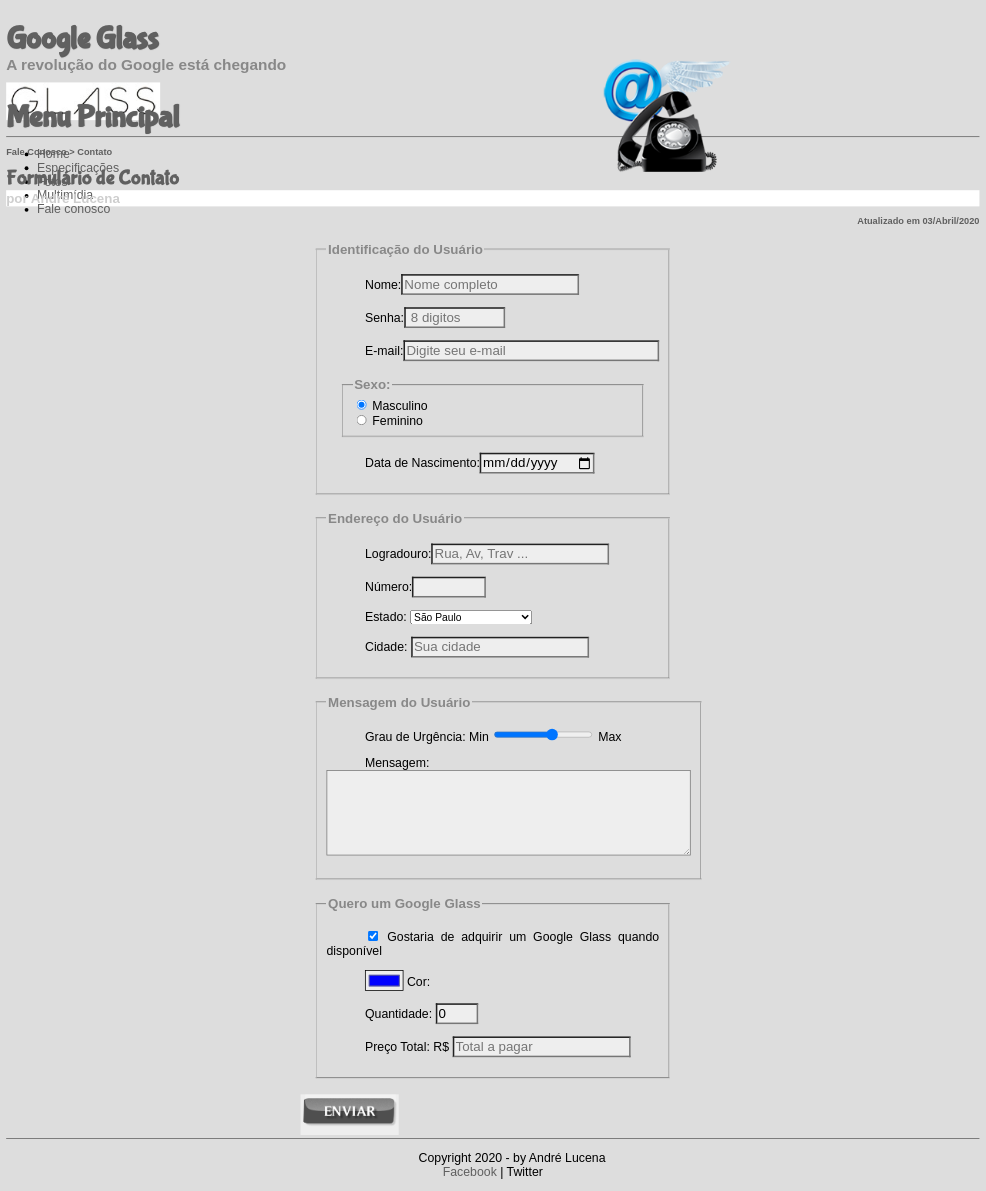
Repository: andre-lucena/Segundo-projeto
Page: Fale-conosco.html
The author's editor kept a copy of each file at every save. The page is drawn from the files as they stood at one save, then again after the next save.
The browser window is 1280 px wide. The pictures show the whole page, at 77% of full size.
Some web fonts or font styles are not loaded; a fallback is used.

Above is the page before, as saved 2020-08-09 02:07:18.
Not found: _imagens/icone-contato.png
Not found: _imagens/icone-endereco.png
Not found: _imagens/icone-mensagem.png

### Fale-conosco.html
<!DOCTYPE html>
<html lang="en">

<head>
    <meta charset="UTF-8" />
    <title>Tudo sobre o google glass</title>
    <link rel="stylesheet" href="css/estilo.css" />
    <link rel="stylesheet" href="css/form.css">
    <script language="javascript" src="javascript/funcoes.js"></script>
    <script>
        function calc_total() {
            var qtd = parseInt(document.getElementById('cQtd').value);
            tot = qtd * 1500;
            document.getElementById('cTot').value = tot;
        }
    </script>
</head>

<body>
    <div id="Interface">
        <header id="cabecalho">
            <hgroup>
                <h1>Google Glass</h1>
                <h2>A revolução do Google está chegando</h2>

            </hgroup>

            <img id="icone" src="imagens/contato.png">

            <nav id="Menu">

                <h1>Menu Principal</h1>

                <ul>
                    <li onmouseover="mudaFoto('imagens/home.png')" onmouseout="mudaFoto('imagens/contato.png')"><a href="index.html"> Home</a></li>
                    <li onmouseover="mudaFoto('imagens/especificacoes.png')" onmouseout="mudaFoto('imagens/contato.png')"><a href="specs.html"> Especificações</a></li>
                    <li onmouseover="mudaFoto('imagens/fotos.png')" onmouseout="mudaFoto('imagens/contato.png')"><a href="fotos.html"> Fotos</a></li>
                    <li onmouseover="mudaFoto('imagens/multimidia.png')" onmouseout="mudaFoto('imagens/contato.png')"><a href="Multimidia.html"> Multimídia</a></li>
                    <li onmouseover="mudaFoto('imagens/contato.png')" onmouseout="mudaFoto('imagens/contato.png')"> <a href="Fale-conosco.html"> Fale conosco</a></li>
                </ul>
            </nav>
        </header>

        <section id="corpo-full">
            <article id="noticia Principal">
                <header id="cabecalho-artigo">
                    <hgroup>
                        <h3>Fale Conosco > Contato</h3>
                        <h1>Formulário de Contato</h1>
                        <h2>por André Lucena</h2>
                        <h3 class="direita">Atualizado em 03/Abril/2020</h3>
                    </hgroup>
                </header>

                <form method="post" id="fContato" action="mailto:andrellcn@hotmail.com" oninput="calc_total();">

                    <fieldset id="usuario">
                        <legend>Identificação do Usuário</legend>
                        <p>
                            <label for="cNome">Nome:<input type="text" name="tNome" id="cNome" size="20" maxlength="20" placeholder="Nome completo"/></label>
                        </p>
                        <p>
                            <label for="cSenha">Senha:<input type="password" name="tSenha" id="cSenha" size="10" maxlength="20" placeholder=" 8 digitos"/></label>
                        </p>
                        <p>
                            <label for="cEmail">E-mail:<input type="email" name="tEmail" id="cEmail" size="30" maxlength="25" placeholder="Digite seu e-mail"/></label>
                        </p>
                        <fieldset id="Sexo">
                            <legend>Sexo:</legend>
                            <input type="radio" name="tSexo" id="cMasc" checked/> <label for="cMasc">Masculino</label><br/>
                            <input type="radio" name="tSexo" id="cFem" /> <label for="cFem">Feminino</label>
                        </fieldset>
                        <p><label for="cNasc" />Data de Nascimento:<input type="date" name="tNasc" id="cNasc" /></p>
                    </fieldset>

                    <fieldset id="endereco">
                        <legend>Endereço do Usuário</legend>

                        <p><label for="cRua">Logradouro:</label><input type="tex" name="tRua" id="cRua" size="20" maxlength="20" placeholder="Rua, Av, Trav ..." /></p>
                        <p>
                            <label for="cNum">Número:</label><input type="number" name="tNum" id="cNum" min="0" max="99999" />
                        </p>
                        <p>
                            <Label for="cEst">Estado:</label>
                            <select name="tEst" id="cEst">
                        <optgroup label="Região Sudeste">
                            <option value="ES">Espito Santo</option>
                            <option value="MG">Minas Gerais</option>
                            <option value="SP" selected>São Paulo</option>
                            <option value="RJ">Rio de Janeiro</option>
                        </optgroup>
                        <optgroup label="Região Sul">
                             <option value="PR" >Parana</option>
                             <option value="RS">Rio Grande do Sul</option>
                             <option value="SC">Santa Catarina</option>
                        </optgroup>
                        <optgroup label="Região Centro Oeste">
                            <option>Distrito Federal</option>
                            <option>Mato Grosso</option>
                            <option>Mato Grosso do Sul</option>
                            <option>Goias</option>
                        </optgroup>
                        <optgroup label="Região norte">
                             <option>Acre</option>
                             <option>Amazonas</option>
                             <option>Amapa</option>
                             <option>Pará</option>
                             <option>Rondonia</option>
                             <option>Roraima</option>
                             <option>Tocantins</option>
                        </optgroup>
                        <optgroup label="Região Nordeste">
                            <option>Alagoas</option>
                            <option>Bahia</option>
                            <option>Ceara</option>
                            <option>Maranhão</option>
                            <option>Paraiba</option>
                            <option>Pernambuco</option>
                            <option>Rio Grande do norte</option>
                            <option>Sergipe</option>

                        </optgroup>

                </select>
                        </p>
                        <p>
                            <label for="cCid">Cidade:</label>
                            <input type="text" name="tCid" id="cCid" maxlength="40" size="20" placeholder="Sua cidade" list="cidades" /></p>
                        <datalist id="cidades">
                    <option value="Bauru"></option>
                    <option value="Borborema"></option>
                    <option value="Botucatu"></option>
                    <option value="Carapicuiba"></option>
                    <option value="Canitar"></option>
                    <option value="São Paulo"></option>
                    <option value="Sorocaba"></option>
                    <option value="Marilia"></option>
                    <option value="Matão"></option>
                        </datalist>

                    </fieldset>

                    <fieldset id="mensagem">

                        <legend>Mensagem do Usuário</legend>
                        <p>
                            <label for="cUrg">Grau de Urgência:</label> Min <input type="range" name="tUrg" id="cUrg" min="0" max="10" step="2" /> Max </p>
                        <p> <label for="cMsg"> Mensagem:</label>
                            <textarea name="cMsg" id="tMsg" cols="45" rows="5" placeholder="Deixe aqui sua Mensagem" /> </textarea>
                        </p>
                    </fieldset>

                    <fieldset id="pedido">
                        <legend>Quero um Google Glass</legend>

                        <p><input type="checkbox" name="tPed" id="cPed" checked/>
                            <label> Gostaria de adquirir um Google Glass quando disponível </label>
                        </p>
                        <p>
                            <input type="color" name="tCor" id="cCor" value="#0000ff" /> Cor:</p>
                        <p>
                            <label for="cQtd">Quantidade:</label>
                            <input type="number" name="tQtd" id="cQtd" min="0" max="5" value="0" />
                        </p>
                        <p>
                            <label for="cTot">Preço Total: R$</label>
                            <input type="text" name="tTot" id="cTot" placeholder="Total a pagar" readonl/>
                        </p>
                    </fieldset>

                    <input type="image" name="tEnviar" src="imagens/botao-enviar.png" / <form>
            </article>
        </section>

        <footer id="rodape">

            <p>Copyright 2020 - by André Lucena<br/>
                <a href="https://www.facebook.com/andre.lucena.37" target="_blanks">Facebook</a> | Twitter
                <p/>
        </footer>

    </div>
</body>

</html>

### css/estilo.css
@charset "UTF-8";
@import url('https://fonts.googleapis.com/css?family= Titillium + Web & display = swap');
@font-face {
    font-family: 'FonteLogo';
    src: url("./fonts/bubblegum-sans-regular.otf");
}

body {
    /* define as configurações do corpo do site */
    font-family: Arial, sans-serif;
    /* define o tipo de letra */
    background-color: #dddddd;
    /* especifica a cor de fundo do elemento */
    color: rgba(0, 0, 0, 1);
    /* define a cor das letras */
}

div#interface {
    width: 940px;
    /* define a largura de um elemento */
    background-color: #ffffff;
    margin: -20px auto 0px auto;
    /* usadas para criar espaço em torno dos elementos, fora de qualquer borda definida */
    box-shadow: 0px 0px 10px rgba(0, 0, 0, .5);
    /* propriedade anexa uma ou mais sombras a um elemento */
    padding: 15px;
    /* usadas para gerar espaço ao redor do conteúdo de um elemento, dentro de quaisquer bordas definidas */
}

p {
    text-align: justify;
    /*Serve para alinha os textos*/
    text-indent: 50px;
    /* Serve para identar os textos*/
}

a {
    color: #606060;
    text-decoration: none;
    /* propriedade especifica a decoração adicionada ao texto e é uma propriedade abreviada para */
}

a:hover {
    text-decoration: underline;
}

header#cabecalho img#icone {
    position: absolute;
    /* A positionpropriedade especifica o tipo de método de posicionamento usado para um elemento.
    Existem cinco valores de posição diferentes: static, relative, fixed, absolute e sticky */
    left: 780px;
    top: 70px;
}

header#cabecalho {
    border-bottom: 1px #606060 solid;
    height: 150px;
    /* propriedade define a altura de um elemento */
    background: url("imagens/glass-logo-peq.jpg") no-repeat 0px 80px;
    /* Defineo a cor de fundo */
}

header#cabecalho h1 {
    font-family: 'FonteLogo', sans-serif;
    font-size: 30pt;
    color: #606060;
    text-shadow: 1px 1px 1px rgba(0, 0, 0, .6);
    /* adiciona sombra ao texto */
    padding: 0pc;
    margin-bottom: 0px;
    /* propriedade define a margem inferior de um elemento */
}

header#cabecalho h2 {
    font-family: 'Titillium Web', sans-serif;
    color: #888888;
    font-size: 15pt;
    padding: 0px;
    margin-top: 0px;
}


/* Formatação de imagens com legendas*/

figure.foto-legenda {
    position: relative;
    border: 8px solid white;
    /* Define a espessura da borda e a cor da borda  */
    box-shadow: 1px 1px 4px black;
}

figure.foto-legenda img {
    width: 100%;
    /* Define a largura */
    height: 50%;
    /* Define a altura */
}

figure.foto-legenda figcaption {
    position: absolute;
    /* tipo de método de posicionamento usado para um elemento.
    Existem cinco valores de posição diferentes */
    top: 0px;
    /*  propriedade afeta a posição vertical de um elemento posicionado */
    background-color: rgba(0, 0, 0, .4);
    color: white;
    width: 100%;
    height: 100%;
    padding: 10px;
    box-sizing: border-box;
    /* propriedade define como a largura e a altura de um elemento são calculadas: elas devem incluir preenchimento e bordas ou não */
    transition: opacity 1s;
    /* As transições CSS permitem que você altere os valores das propriedades suavemente, durante um determinado período. */
    opacity: 0;
    /* Defina o nível de opacidade para um elemento <div> */
}

figure.foto-legenda:hover figcaption {
    opacity: 1;
}


/* Formatação do menu */

nav#menu {
    display: block;
    /* propriedade especifica o comportamento de exibição (o tipo de caixa de renderização) de um elemento. */
}

nav#menu ul {
    list-style: none;
    /* propriedade é uma abreviação para as seguintes propriedades: list-style-type, posição de estilo de lista e list-style-image */
    text-transform: uppercase;
    /*  propriedade controla a capitalização de texto */
    position: absolute;
    top: -20px;
    left: 400px;
}

nav#menu li {
    display: inline-block;
    background-color: #dddddd;
    padding: 10px;
    margin: 2px;
    transition: background-color 1s;
}

nav#menu li:hover {
    background-color: #606060;
}

nav#menu h1 {
    display: none;
}

nav#menu a {
    color: #000000;
    text-decoration: none;
}

nav#menu a:hover {
    color: #ffffff;
    text-decoration: underline;
}

section#corpo {
    display: block;
    width: 580px;
    float: left;
    /* usada para envolver o texto em imagens, usada para posicionar e formatar o conteúdo, por exemplo, deixar uma imagem flutuar à esquerda do texto em um contêiner */
    border-right: 1px solid #606060;
    padding-right: 15px;
}

article#noticia-principal h2 {
    font-size: 13pt;
    color: #606060;
    background-color: #dddddd;
    padding: 5px 0px 5px 10px;
    margin: 10px 0px 10px 0px;
}

header#cabecalho-artigo h1 {
    font-family: 'FonteLogo', sans-serif;
    font-size: 20pt;
    color: #606060;
    margin-bottom: 0px;
    margin-top: 0px;
}

.direita {
    text-align: right;
}

header#cabecalho-artigo h2 {
    font-size: 13pt;
    color: #cecece;
    background-color: #ffffff;
    margin: 0px;
}

header#cabecalho-artigo h3 {
    font-size: 12px;
    color: #606060;
}

table#tabelaspec {
    border: 1px solid #606060;
    border-spacing: 0px;
    margin-left: auto;
    margin-right: auto;
}

table#tabelaspec td {
    border: 1px solid #606060;
    padding: 10px;
    text-align: center;
}

table#tabelaspec td.ce {
    color: #ffffff;
    background-color: #606060;
    vertical-align: top;
    text-align: right;
}

table#tabelaspec td.cd {
    color: #000000;
    background-color: #cecece;
    text-align: left;
}

table#tabelaspec caption {
    color: #888888;
    font-size: 13pt;
    font-weight: bolder;
}

table#tabelaspec caption span {
    display: block;
    float: right;
    color: #000000;
    font-size: 8pt;
    margin-top: 10px;
}

aside#lateral {
    display: block;
    width: 310px;
    float: right;
    background-color: #dddddd;
    padding: 10px;
    margin-top: 10px;
    box-shadow: 1px 1px 1px rgba(0, 0, 0, .5);
}

aside#lateral h1 {
    font-family: 'FonteLogo', sans-serif;
    font-size: 20pt;
    color: #606060;
    margin-top: 0px;
}

aside#lateral h2 {
    background-color: #606060;
    font-size: 13pt;
    color: #ffffff;
    padding: 5px;
}

footer#rodape {
    clear: both;
    border-top: 1px #606060 solid;
}

footer#rodape p {
    text-align: center;
}

div#sports video {
    display: block;
    width: 300px;
    float: center;
}

div#sports01 video {
    display: block;
    width: 480px;
    float: center;
    border-bottom: 1px;
    margin-bottom: 8px;
}

### css/form.css
@charset "UTF-8";
form {
    width: 500px;
    margin: auto;
}

input,
textarea {
    font-family: sans-serif;
    font-weight: normal;
    font-size: 13pt;
    background-color: rgba(255, 255, 255, .5);
}

input:hover,
textarea:hover {
    background-color: #dddddd;
}

legend {
    color: #888888;
    font-weight: bold;
    font-size: 13pt;
    font-family: sans-serif;
}

fieldset {
    border-color: #cecece;
    margin: 20px;
}

fieldset#sexo {
    width: 150px;
}

fieldset#usuario {
    background: url("../_imagens/icone-contato.png") no-repeat 95% 95%;
}

fieldset#endereco {
    background: url("../_imagens/icone-endereco.png") no-repeat 95% 95%;
}

fieldset#mensagem {
    background: url("../_imagens/icone-mensagem.png") no-repeat 95% 95%;
}

fieldset#pedido {
    background: url("../_imagens/icone-pagamento.png") no-repeat 95% 95%;
}

Loaded but not shown: javascript/funcoes.js (common file)

After the next save:
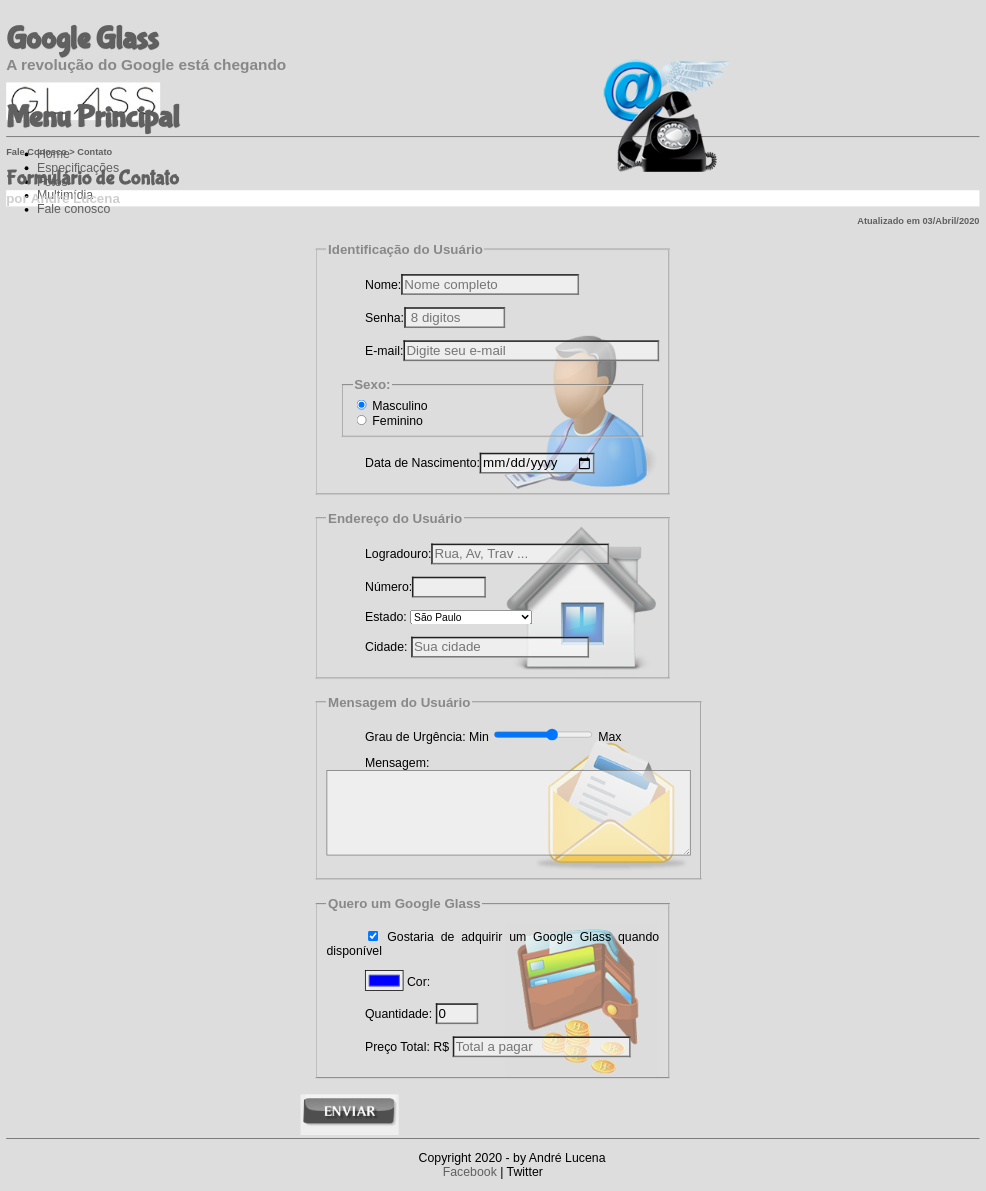
Saved 43 s later.
--- a/css/form.css
+++ b/css/form.css
@@ -34,17 +34,17 @@
 }
 
 fieldset#usuario {
-    background: url("../_imagens/icone-contato.png") no-repeat 95% 95%;
+    background: url("../imagens/icone-contato.png") no-repeat 95% 95%;
 }
 
 fieldset#endereco {
-    background: url("../_imagens/icone-endereco.png") no-repeat 95% 95%;
+    background: url("../imagens/icone-endereco.png") no-repeat 95% 95%;
 }
 
 fieldset#mensagem {
-    background: url("../_imagens/icone-mensagem.png") no-repeat 95% 95%;
+    background: url("../imagens/icone-mensagem.png") no-repeat 95% 95%;
 }
 
 fieldset#pedido {
-    background: url("../_imagens/icone-pagamento.png") no-repeat 95% 95%;
+    background: url("../imagens/icone-pagamento.png") no-repeat 95% 95%;
 }
